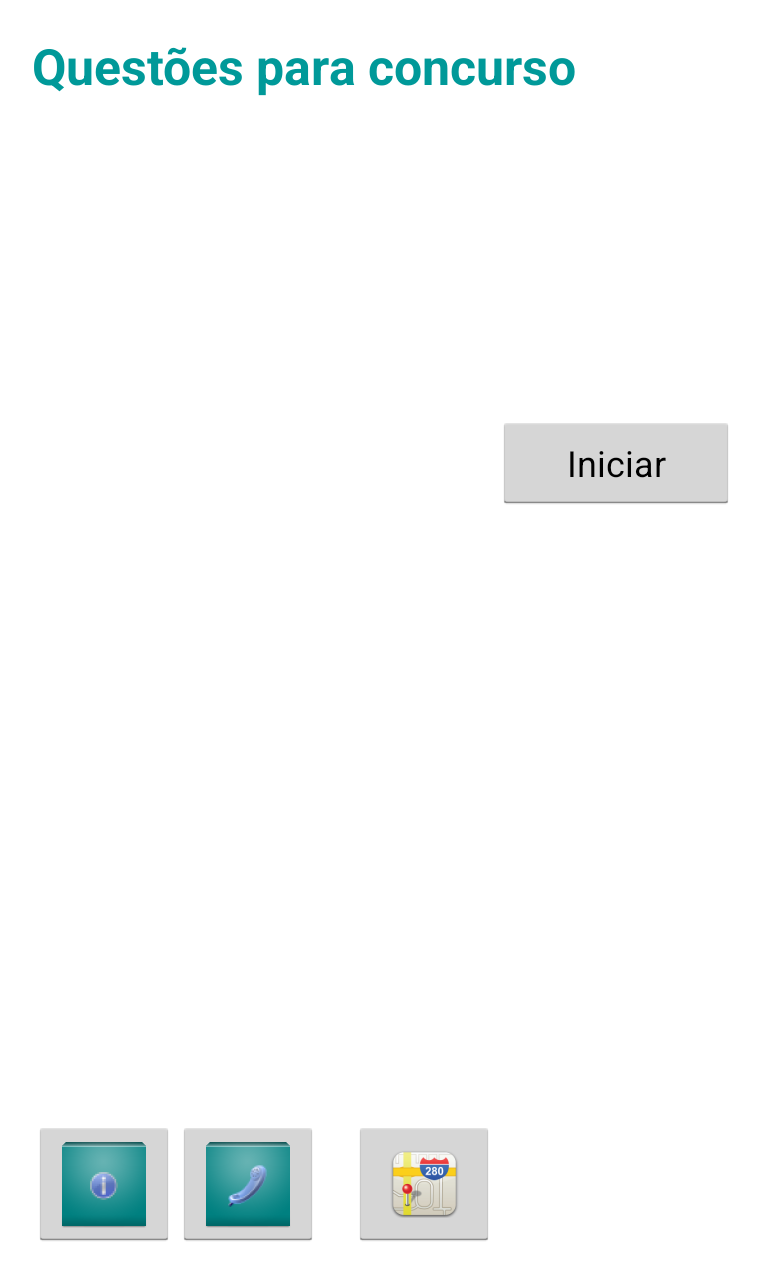
Repository: lmqs/ProjetoAndroid
Layout: TopicosProjeto/res/layout/activity_principal.xml
The author's editor kept a copy of each file at every save. The layout is drawn from the files as they stood at one save, then again after the next save.
It is drawn on a 768 x 1280 px phone screen (xhdpi) without system bars, with theme AppTheme; the app's code is not run.

Above is the layout before, as saved 2014-04-27 03:09:39.

### TopicosProjeto/res/layout/activity_principal.xml
<RelativeLayout xmlns:android="http://schemas.android.com/apk/res/android"
    xmlns:tools="http://schemas.android.com/tools"
    android:layout_width="match_parent"
    android:layout_height="match_parent"
    android:paddingBottom="@dimen/activity_vertical_margin"
    android:paddingLeft="@dimen/activity_horizontal_margin"
    android:paddingRight="@dimen/activity_horizontal_margin"
    android:paddingTop="@dimen/activity_vertical_margin"
    tools:context=".Principal" >

    <LinearLayout
        android:id="@+id/linearLayout1"
        android:layout_width="wrap_content"
        android:layout_height="wrap_content"
        android:layout_alignParentLeft="true"
        android:layout_alignParentRight="true"
        android:orientation="vertical" >

        <TextView
            android:id="@+id/textView1"
            android:layout_width="wrap_content"
            android:layout_height="wrap_content"
            android:text="@string/lbltitulo"
            android:textAppearance="?android:attr/textAppearanceMedium"
            android:textColor="#009999"
            android:textSize="25sp"
            android:textStyle="bold"
            android:typeface="sans" />
    </LinearLayout>

    <LinearLayout
        android:id="@+id/linearLayout2"
        android:layout_width="wrap_content"
        android:layout_height="wrap_content"
        android:layout_alignParentRight="true"
        android:layout_below="@+id/linearLayout1"
        android:layout_marginTop="158dp"
        android:orientation="vertical" >

        <Button
            android:id="@+id/button1"
            android:layout_width="120dp"
            android:layout_height="wrap_content"
            android:text="@string/btnInciar" />
    </LinearLayout>

    <ImageButton
        android:id="@+id/imageButton1"
        android:layout_width="wrap_content"
        android:layout_height="wrap_content"
        android:layout_alignParentBottom="true"
        android:layout_alignParentLeft="true"
        android:src="@drawable/informacoes" />

    <ImageButton
        android:id="@+id/imageButton3"
        android:layout_width="wrap_content"
        android:layout_height="wrap_content"
        android:layout_alignTop="@+id/imageButton1"
        android:layout_toRightOf="@+id/imageButton1"
        android:src="@drawable/chamar" />

    <ImageButton
        android:id="@+id/imageButton2"
        android:layout_width="wrap_content"
        android:layout_height="wrap_content"
        android:layout_alignBottom="@+id/imageButton3"
        android:layout_toLeftOf="@+id/linearLayout2"
        android:src="@drawable/maps" />

</RelativeLayout>

### TopicosProjeto/res/values/strings.xml
<?xml version="1.0" encoding="utf-8"?>
<resources>

    <string name="app_name">TopicosProjeto</string>
    <string name="action_settings">Settings</string>
    <string name="hello_world">Hello world!</string>
    <string name="lbltitulo">Questões para concurso</string>
    <string name="btnInciar">Iniciar</string>

</resources>

Loaded but not shown: TopicosProjeto/res/values/styles.xml (common file); TopicosProjeto/res/values-v11/styles.xml (common file); TopicosProjeto/res/values-v14/styles.xml (common file); TopicosProjeto/res/values/dimens.xml (common file)

After the next save:
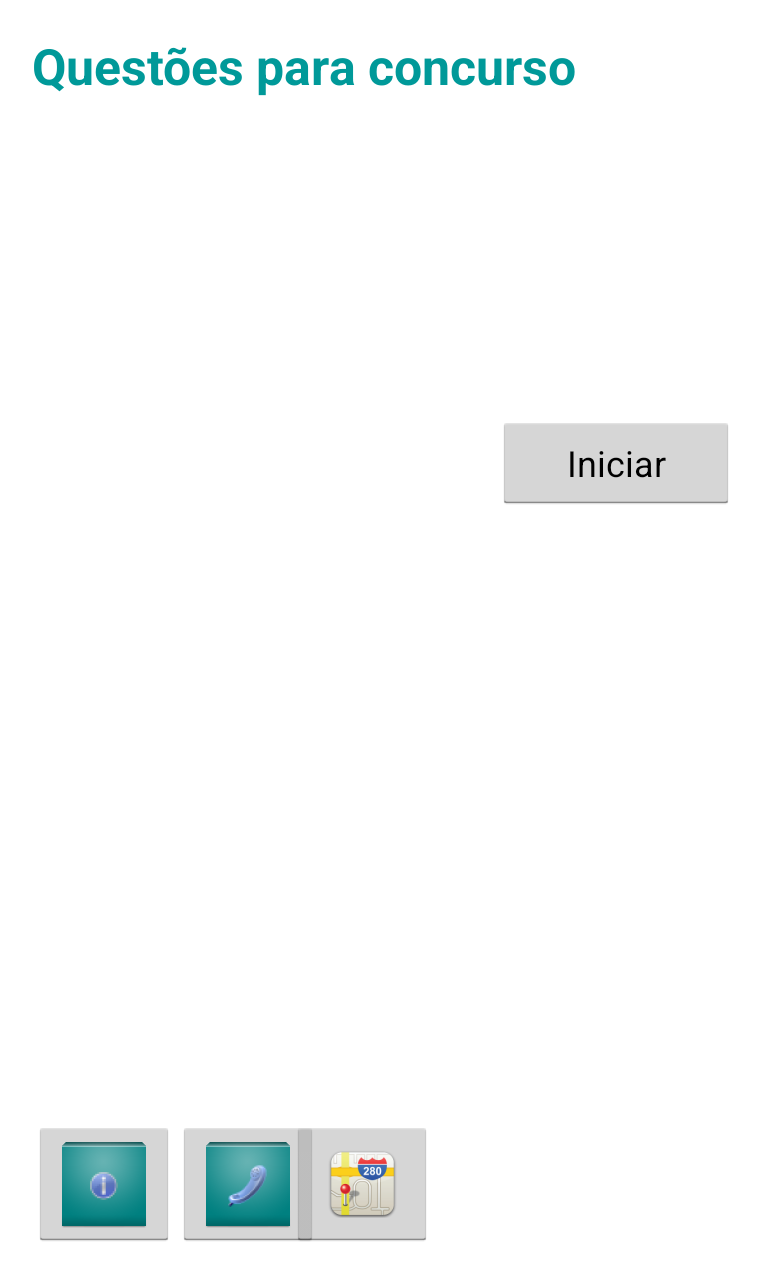
Saved 11 s later.
--- a/TopicosProjeto/res/layout/activity_principal.xml
+++ b/TopicosProjeto/res/layout/activity_principal.xml
@@ -64,8 +64,9 @@
         android:id="@+id/imageButton2"
         android:layout_width="wrap_content"
         android:layout_height="wrap_content"
-        android:layout_alignBottom="@+id/imageButton3"
-        android:layout_toLeftOf="@+id/linearLayout2"
+        android:layout_alignLeft="@+id/imageButton3"
+        android:layout_alignTop="@+id/imageButton3"
+        android:layout_marginLeft="57dp"
         android:src="@drawable/maps" />
 
 </RelativeLayout>
